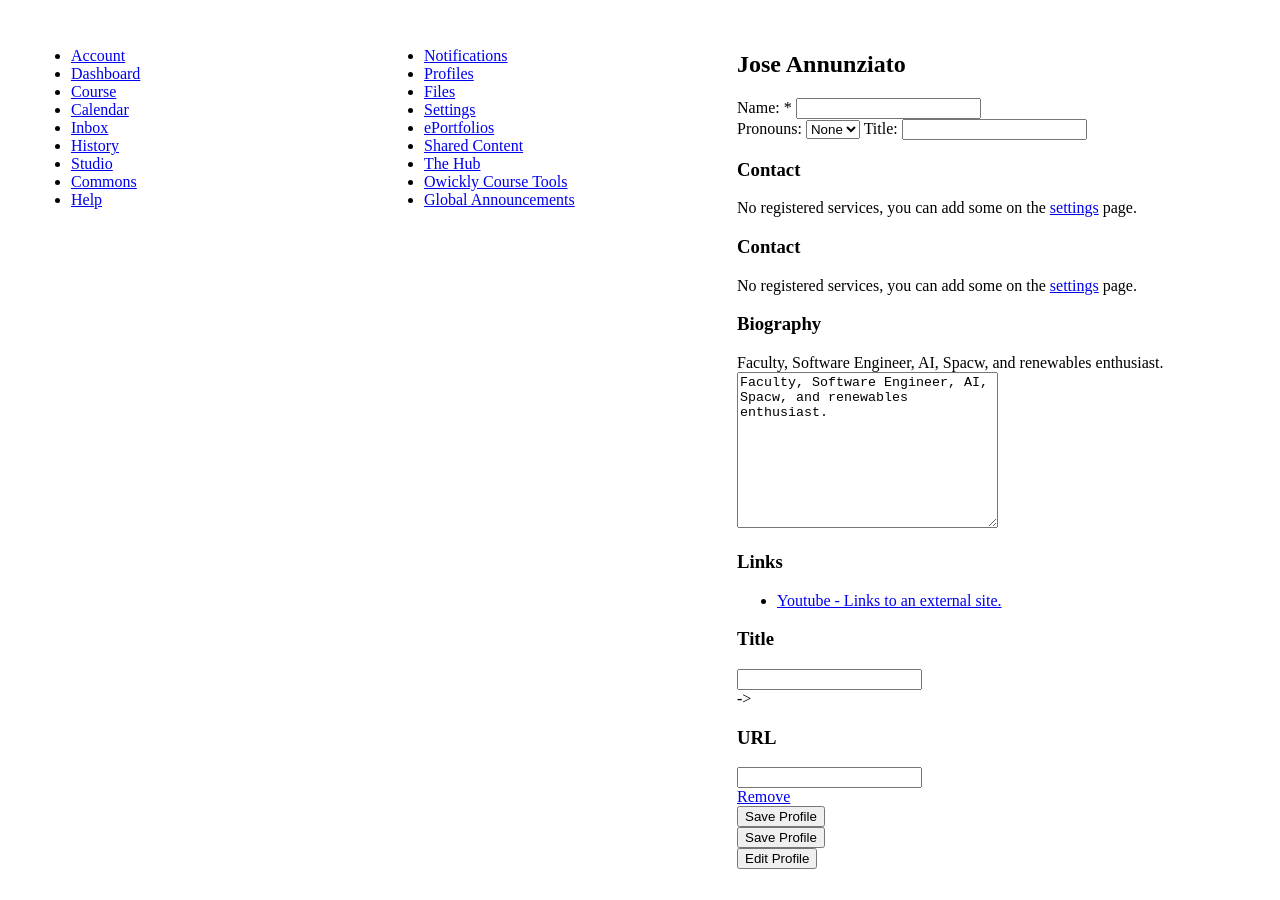
Repository: yuqiant/kanbas-react-web-app
Page: public/kanbas/profile/edit.html
The author's editor kept a copy of each file at every save. The page is drawn from the files as they stood at one save, then again after the next save.
The browser window is 1280 px wide. The pictures show the whole page.

Above is the page before, as saved 2023-09-14 21:58:13.

After the next save:
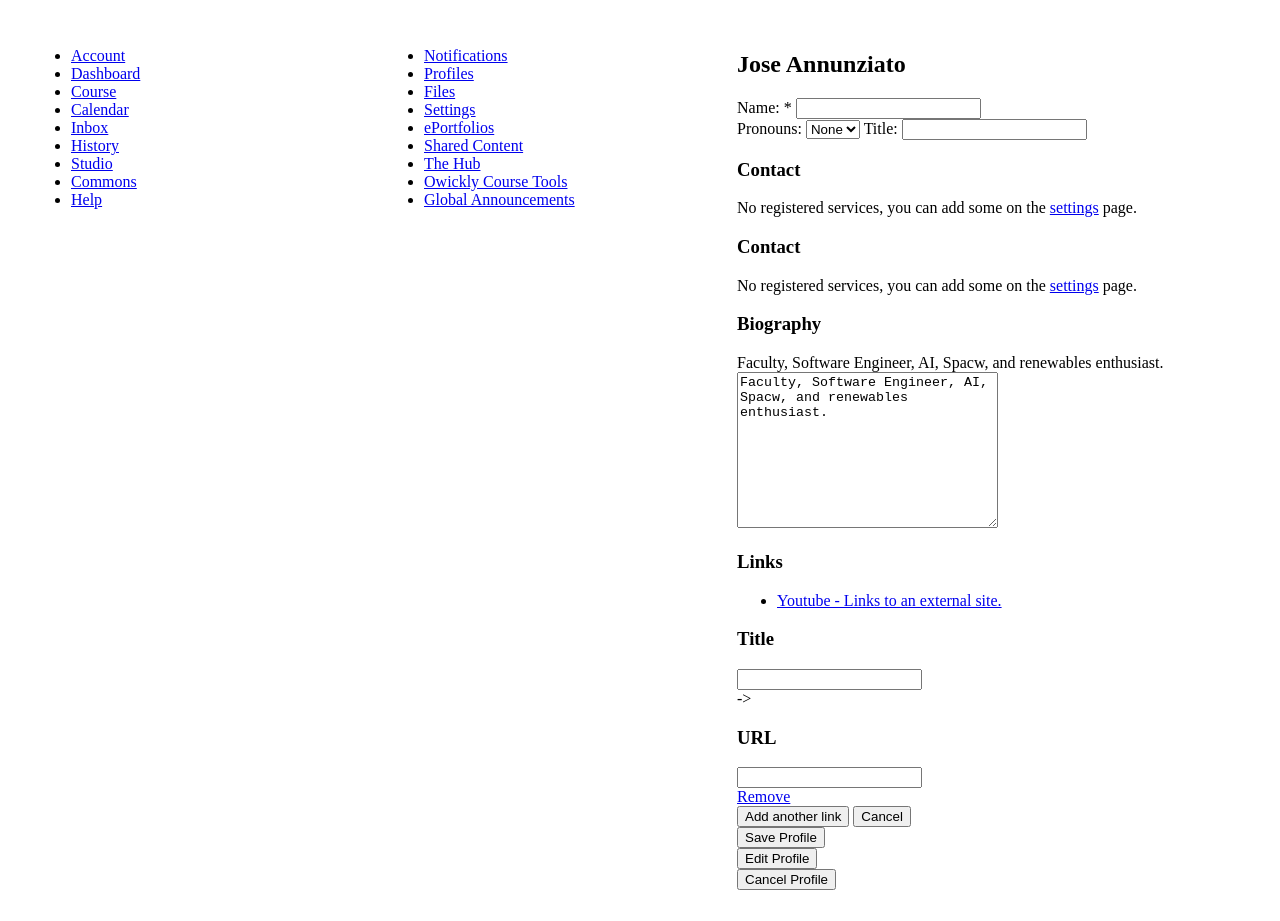
Saved 80 s later.
--- a/public/kanbas/profile/edit.html
+++ b/public/kanbas/profile/edit.html
@@ -97,16 +97,17 @@
                     <a href="#">Remove</a>
 
                 </form>
-
-                <button type="save">Save Profile</button>
-
+                <button type="button">Add another link</button>
+                <button type="button">Cancel</button>
 
                 <form action="/profile/edit.html" method="get">
                     <button type="save">Save Profile</button>
                 </form>
 
+                <button type="button">Edit Profile</button>
+
                 <form action="/profile/edit.html" method="get">
-                    <button type="edit">Edit Profile</button>
+                    <button type="cancel">Cancel Profile</button>
                 </form>
 
         </tr>
